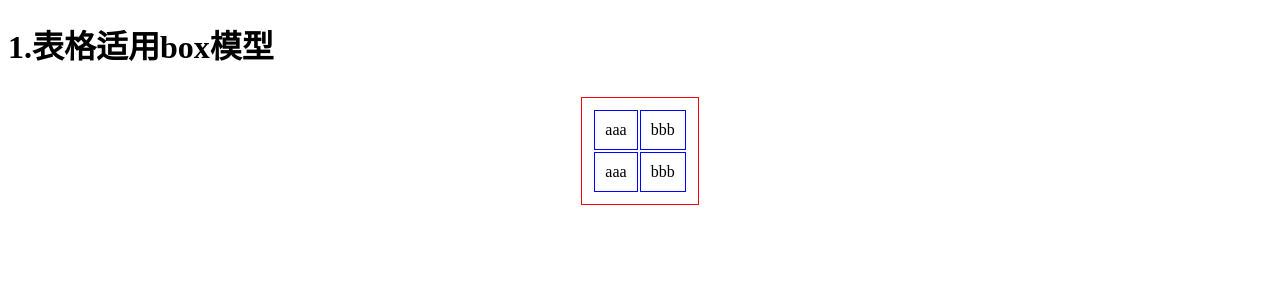
Repository: MasterKweng/workspace
Page: WebBasic/WebContent/Day02/table.html
These files come from the project's save history. The page is drawn as it stood at one moment and after the next save; the edit follows.
The browser window is 1280 px wide. The pictures show the whole page.

Above is the page before, as saved 2018-01-04 07:41:39.

### WebBasic/WebContent/Day02/table.html
<!doctype html>
<html>
	<head>
		<title>表格样式</title>
		<meta charset="utf-8"/>
		<style type="text/css">
			#t1{
				width:20px;
				border:1px solid #f00;
				padding:10px;
				margin:30px auto;
			}
			#t1 td{
				border:1px solid #00f;
				padding:10px;
			}
		</style>
	</head>
	<body>
	<h1>1.表格适用box模型</h1>
	<table id="t1">
	<tr>
	<td>aaa</td>
	<td>bbb</td>
	</tr>
	<tr>
	<td>aaa</td>
	<td>bbb</td>
	</tr>
	</table>

	</body>
</html>

After the next save:
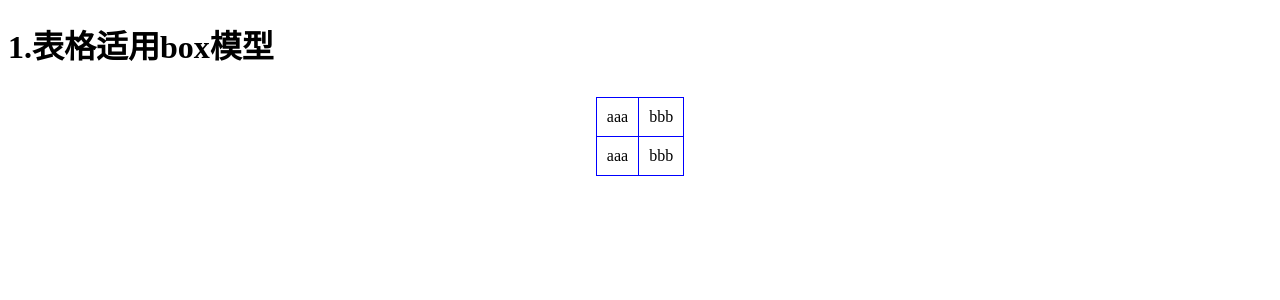
Saved 2 min 3 s later.
--- a/WebBasic/WebContent/Day02/table.html
+++ b/WebBasic/WebContent/Day02/table.html
@@ -9,6 +9,7 @@
 				border:1px solid #f00;
 				padding:10px;
 				margin:30px auto;
+				border-collapse:collapse;
 			}
 			#t1 td{
 				border:1px solid #00f;
